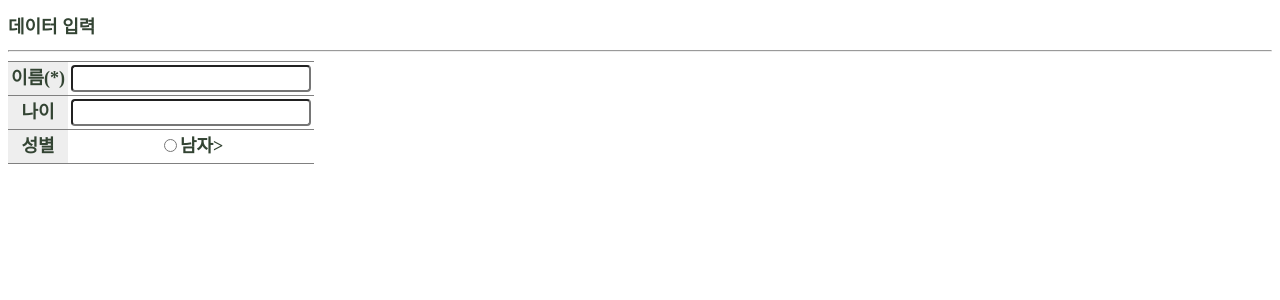
Repository: hyyrim/WebStudy
Page: http://localhost/WebApp18/Friend.jsp
The author's editor kept a copy of each file at every save. The page is drawn from the files as they stood at one save, then again after a run of saves.
The browser window is 1280 px wide. The pictures show the whole page.
The page is served by Tomcat 9.

Above is the page before, as saved 2021-05-20 06:40:36.

After the next 2 saves:
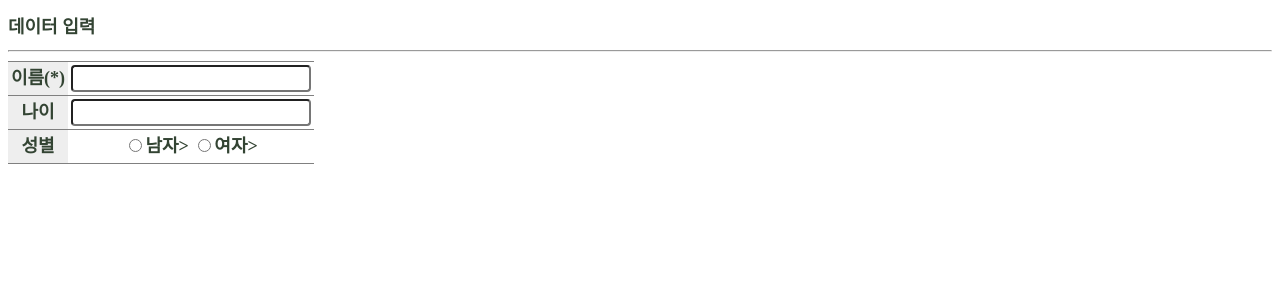
The 2 saves are shown as one change because they came seconds apart.
The last was saved 10 s later.
--- a/WebApp18/WebContent/Friend.jsp
+++ b/WebApp18/WebContent/Friend.jsp
@@ -35,6 +35,9 @@
 					<label>
 						<input type="radio" value="남자">남자>
 					</label>
+					<label>
+						<input type="radio" value="여자">여자>
+					</label>
 				</td>
 			</tr>
 		</table>
